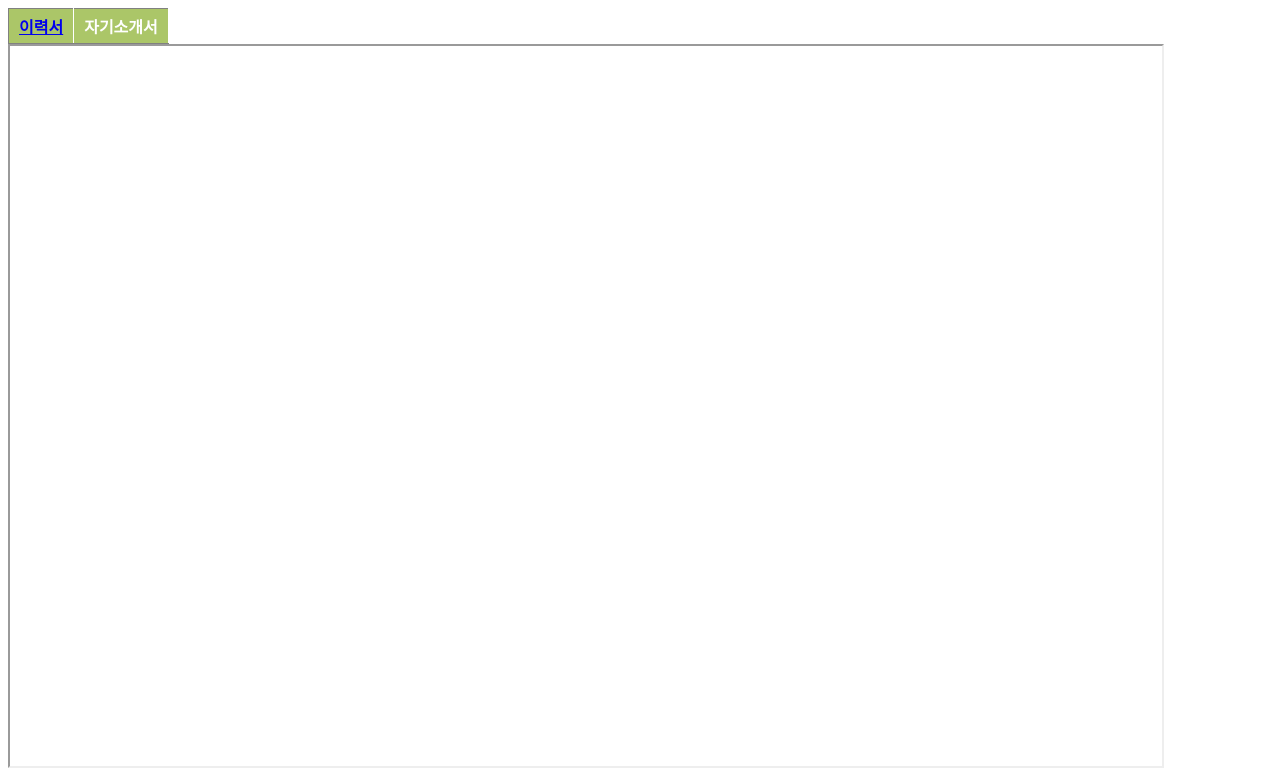
Repository: porivas/140630_Java
Page: http://localhost/web4_resume/totalLayout.jsp
An editor plug-in stored every save of this project. The page is shown before and after the next save, followed by the edit.
The browser window is 1280 px wide. The pictures show the whole page.
The page is served by Tomcat 9.

Above is the page before, as saved 2014-09-25 08:15:23.

After the next save:
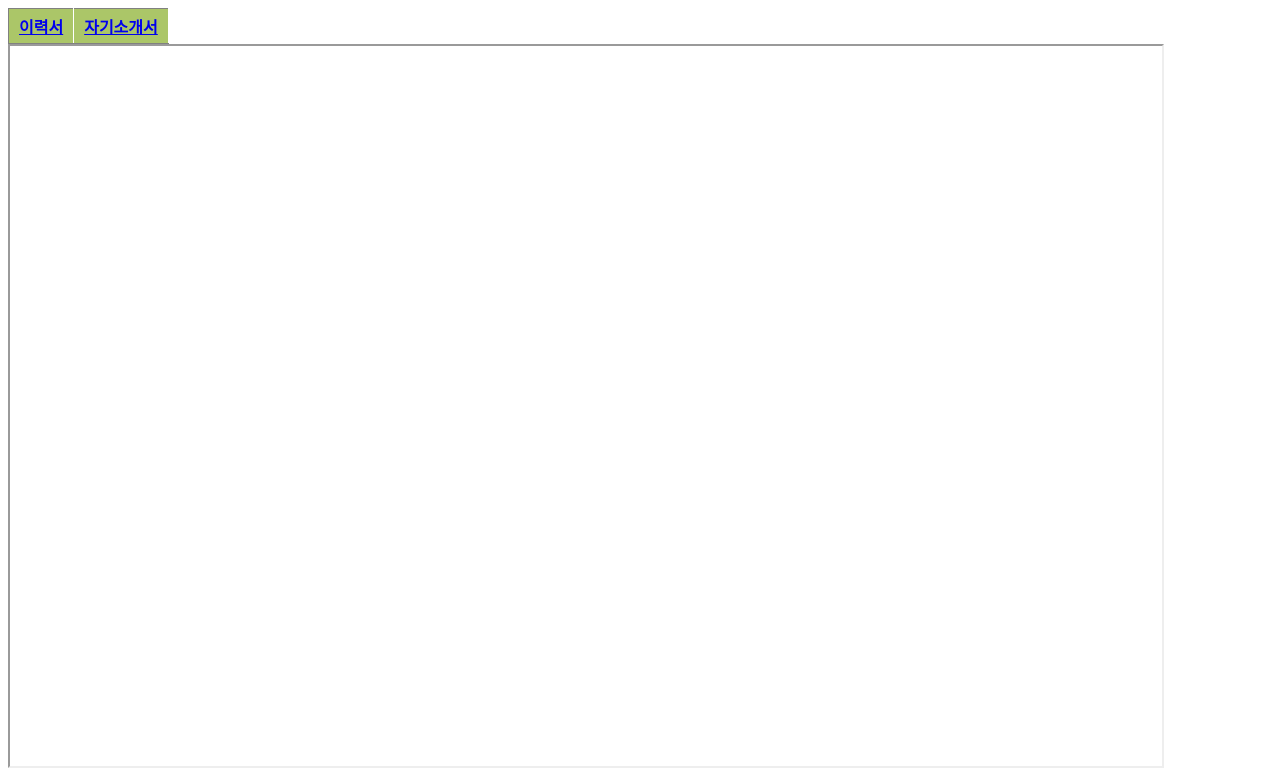
Saved 50 s later.
--- a/web4_resume/WebContent/totalLayout.jsp
+++ b/web4_resume/WebContent/totalLayout.jsp
@@ -40,8 +40,10 @@
 		<div id="button">
 		<table class="ex1" border="1" >
 			<tr align = "left">
-				<thead><th scope="col"><a href="resume.jsp"  target="content">이력서</a></th>
-				<th scope="col">자기소개서</th></thead>
+				<thead>
+				<th scope="col"><a href="resume.jsp"  target="content">이력서</a></th>
+				<th scope="col"><a href="coverletter.jsp"  target="content">자기소개서</a></th>
+				</thead>
 			</tr>
 		</table>
 		</div>
